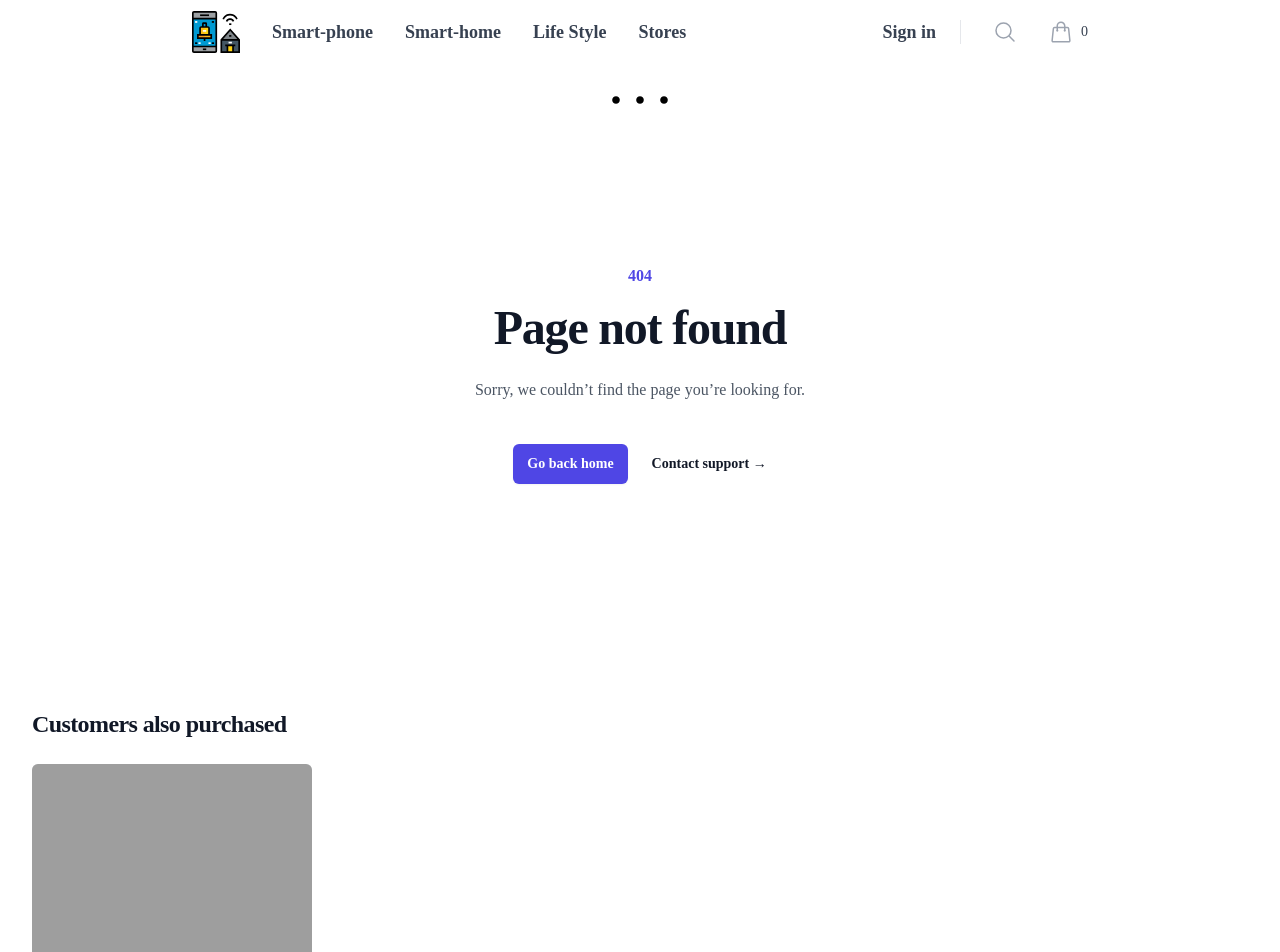
Repository: Gunplay/Smart-Home
Page: /
The author's editor kept a copy of each file at every save. The page is drawn from the files as they stood at one save, then again after the next save.
The browser window is 1280 px wide. The pictures show the part of the page from y = 0 to 952 px (the page is 1856 px tall before and 1952 px after).
Pictures or frames that could not be fetched are drawn as grey boxes. The project was rebuilt for these pictures with package versions that can differ from the ones it lists, and the page was loaded fresh each time. Also part of the build but not shown: vite.config.js, vite.config.ts.

Above is the page before, as saved 2024-06-25 12:59:23.

After the next save:
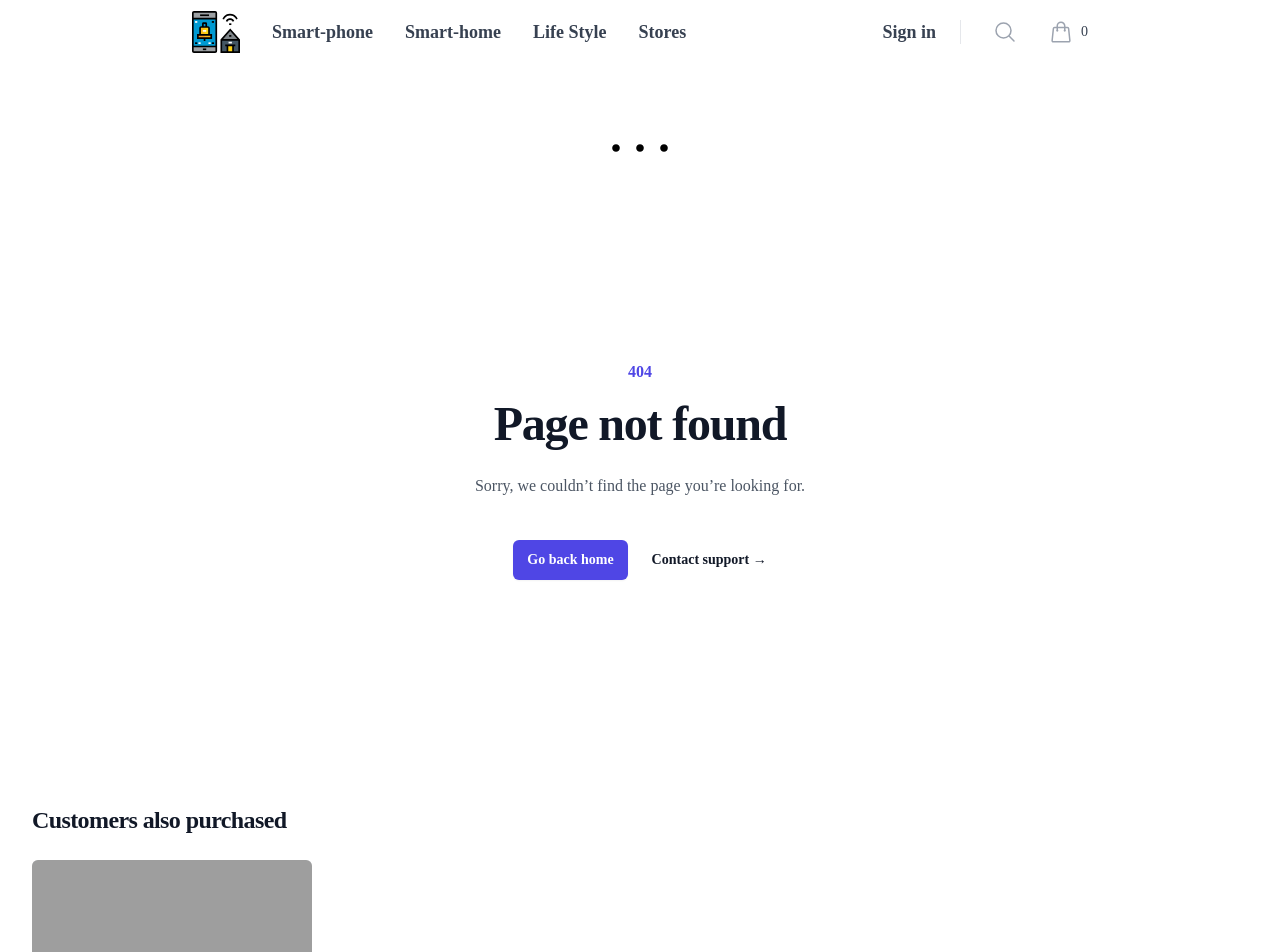
Saved 24 s later.
--- a/src/components/Carousel/index.tsx
+++ b/src/components/Carousel/index.tsx
@@ -38,7 +38,7 @@ const Carousel = () => {
 		setCurrentIndex(slideIndex);
 	};
 	return (
-		<div className='h-[780px] w-full m-auto py-4 relative group'>
+		<div className='h-[780px] w-full m-auto py-16 relative group'>
 			<div
 				style={{ backgroundImage: `url(${slides[currentIndex].url})` }}
 				className='w-full h-full bg-center bg-cover duration-500'
@@ -49,7 +49,7 @@ const Carousel = () => {
 			<div className='hidden group-hover:block absolute top-[50%] translate-y-[-50%] right-5 text-2xl rounded-full p-2 bg-black/20 text-white cursor-pointer'>
 				<BsChevronCompactRight size={30} onClick={nextSlide} />
 			</div>
-			<div className='flex justify-center py-2'>
+			<div className='flex top-4 justify-center py-2'>
 				{slides.map((slide, slideIndex) => (
 					<div
 						key={slideIndex}
